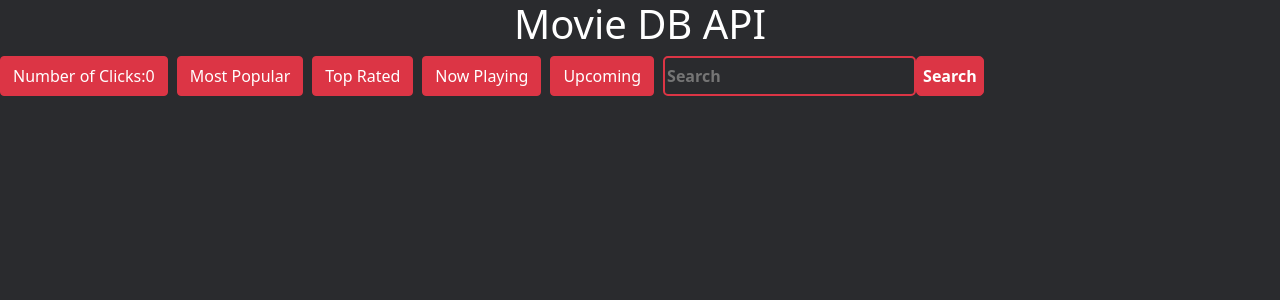
Repository: chaampavictor/moviedbapi
Page: /
The author's editor kept a copy of each file at every save. The page is drawn from the files as they stood at one save, then again after the next save.
The browser window is 1280 px wide. The pictures show the whole page.
The page's requests for data from a server got no answer. The project was rebuilt for these pictures with package versions that can differ from the ones it lists, and the page was loaded fresh each time. No one was signed in, and anything a server would have sent is missing. Also part of the build but not shown: src/components/details.js.

Above is the page before, as saved 2022-01-22 12:46:05.

### src/index.css
body {
  margin: 0;
  font-family: -apple-system, BlinkMacSystemFont, "Segoe UI", "Roboto", "Oxygen",
    "Ubuntu", "Cantarell", "Fira Sans", "Droid Sans", "Helvetica Neue",
    sans-serif;
  -webkit-font-smoothing: antialiased;
  -moz-osx-font-smoothing: grayscale;
  background: #2a2b2e !important;
}

code {
  font-family: source-code-pro, Menlo, Monaco, Consolas, "Courier New",
    monospace;
}

### src/App.js
import React, { useEffect, useState } from "react";
import axios from "axios";
import "./App.css";
import "bootstrap/dist/css/bootstrap.min.css";
import Modal from "react-bootstrap/Modal";

import Button from "react-bootstrap/Button";
import Searchform from "./components/searchform.js";
import Filterbutton from "./components/filterbutton";

import Details from "./components/details";
import { useCallback } from "react";
const api_key = "872c70d736d1ef4484522f734137927d";
const BASE_URL = "https://api.themoviedb.org/3";
const getImage = (path) => `https://image.tmdb.org/t/p/w300/${path}`;

function App() {
  const [data, setData] = useState([]);
  const [details, setDetails] = useState([]);
  const [show, setShow] = useState(false);
  const [count, setCount] = useState(0);
  const handleClose = () => setShow(false);

  const api = axios.create({ baseURL: BASE_URL });

  const getUpcoming = api.get("/movie/popular", { params: { api_key } });

  useEffect(() => {
    getUpcoming.then((res) => {
      setData(res.data.results);
    });
  }, []);

  const GetMostPopular = () => {
    setCount(count + 1);

    const toprated = api.get("/movie/popular", { params: { api_key } });
    toprated.then((res) => {
      console.log("get popular", res.data.results);
      setData(res.data.results);
    });
  };

  const GetTopRated = (res) => {
    setCount(count + 1);

    const toprated = api.get("/movie/top_rated", { params: { api_key } });
    toprated.then((res) => {
      console.log("get top rated", res.data.results);
      setData(res.data.results);
    });
  };

  const PlayingNow = () => {
    setCount(count + 1);
    const name = "now_playing";
    const latest = api.get(`movie/${name}`, { params: { api_key } });
    latest.then((res) => {
      console.log("now_playing movies", res.data);
      setData(res.data.results);
    });
  };

  const GetUpcoming = () => {
    setCount(count + 1);

    const latest = api.get("movie/upcoming", { params: { api_key } });
    latest.then((res) => {
      console.log("latest movies", res.data);
      setData(res.data.results);
    });
  };

  const searchMovie = (name) => {
    setCount(count + 1);

    console.log(name);
    const query = name;
    const latest = api.get("search/movie", { params: { api_key, query } });
    latest.then((res) => {
      setData(res.data.results);
    });
  };

  return (
    <div className="App">
      <h1 className="HeaderText">Movie DB API</h1>
      <header>
        <div className="filterdiv">
          {/**/}
          <Button variant="danger" className="filterbutton">
            Number of Clicks:{count}
          </Button>
          <Filterbutton
            PlayingNow={PlayingNow}
            GetUpcoming={GetUpcoming}
            GetTopRated={GetTopRated}
            GetMostPopular={GetMostPopular}
          />

          <Searchform handleSubmit={searchMovie} />
        </div>
        <Modal
          aria-labelledby="example-custom-modal-styling-title"
          centered
          size="lg"
          show={show}
          onHide={handleClose}
          animation={true}
        >
          <Details data={details} />
        </Modal>
        <div
          className="explore-card-columns  container-fluid"
          style={{ marginBottom: "100px" }}
        >
          {data.map((movie) => (
            <div className="item">
              <div class="hover01 column">
                <div>
                  <figure>
                    <img
                      onClick={() => {
                        setShow(true);
                        setDetails(movie);
                        setCount(count + 1);
                      }}
                      src={getImage(movie.poster_path)}
                      alt="poster"
                      className="image-item"
                    />
                  </figure>
                </div>
              </div>
            </div>
          ))}
        </div>
      </header>
    </div>
  );
}

export default App;

### src/App.css
.explore-nav {
  padding-top: 30px;
}

.item {
  margin-bottom: 15px;
}

.image-item:hover {
  opacity: 0.5;
}

.container {
  position: relative;
  width: 50%;
}

.modalcontainer {
  background-color: red;
  position: relative;
  font-family: Arial;
}

.submitbutton {
  height: 40px;
  margin-right: 9px;
  background: #dc3545;
  border: #dc3545 1px solid;
  border-radius: 5px;
  color: white;
  font-weight: bolder;
}

.searchbutton {
  border: 2px solid #dc3545;
  background: #2a2b2e !important;
  height: 40px;
  color: #fff;
  /* margin-right: 9px; */
  border-radius: 5px;
  font-weight: bolder;
}

.HeaderText {
  text-align: center;
  color: #fff;
}

.filterdiv {
  display: flex;
  justifycontent: center;
  alignitems: center;
  marginbottom: 12px;
}

.text-block {
  position: absolute;
  bottom: 260px;
  height: 210px;
  /* right: 150px; */
  /* background-color: #000000db; */
  color: white;
  padding-left: 20px;
  padding-right: 20px;
}

.image-item {
  opacity: 1;
  display: block;
  width: 100%;
  height: auto;
  transition: 0.5s ease;
  backface-visibility: hidden;
  border-radius: 52px;
  cursor: pointer;
}

.container:hover .image {
  opacity: 0.3;
}

.container:hover .middle {
  opacity: 1;
}

.text {
  background-color: red;
  color: white;
  font-size: 16px;
  padding: 16px 32px;
}

.modal-header {
  display: flex;
  flex-shrink: 0;
  align-items: center;
  justify-content: space-between;
  padding: 1rem 1rem;
  border-bottom: none !important;
  border-top-left-radius: calc(0.3rem - 1px);
  border-top-right-radius: calc(0.3rem - 1px);
}

.filterbutton {
  height: 40px;
  margin-right: 9px;
  background: red;
  border: red 1px solid;
  border-radius: 5px;
  color: white;
  font-weight: bolder;
}

.figure {
  width: 200px;
  height: 150px;
  margin: 0;
  padding: 0;
  background: #fff;
  overflow: hidden;
}
.figure:hover + span {
  bottom: -36px;
  opacity: 1;
}

/* Zoom In #1 */
.hover01 figure img {
  -webkit-transform: scale(0.9);
  transform: scale(1);
  -webkit-transition: 0.3s ease-in-out;
  transition: 0.3s ease-in-out;
}
.hover01 figure:hover img {
  -webkit-transform: scale(1);
  transform: scale(1.04);
}

.explore-body .card-body:hover {
  /* color: #30adb4; */
  background: "#32c709";
}

.card {
  border: 0px solid rgba(0, 0, 0, 0.125) !important;
}

.user-reaction div {
  padding-right: 20px;
}

.explore-card-columns .card {
  margin-bottom: 0.79rem;
}
@media screen and (min-width: 992px) {
  .explore-card-columns {
    -webkit-column-count: 4;
    -moz-column-count: 4;
    column-count: 4;
    -webkit-column-gap: 1.25rem;
    -moz-column-gap: 1.25rem;
    column-gap: 1.25rem;
  }
  .explore-card-columns .card {
    display: inline-block;
    width: 100%;
  }
}
@media screen and (max-width: 992px) {
  .explore-card-columns {
    -webkit-column-count: 2;
    -moz-column-count: 2;
    column-count: 2;
  }
}
@media screen and (max-width: 600px) {
  .explore-card-columns {
    -webkit-column-count: 1;
    -moz-column-count: 1;
    column-count: 1;
  }
}

### src/components/searchform.js
import React from "react";

import { useCallback, useState } from "react";

export default function Searchform({ handleSubmit, data }) {
  const [name, setName] = useState("");

  return (
    <div>
      <label>
        <input
          type="text"
          value={name}
          onChange={(e) => setName(e.target.value)}
          placeholder="Search "
          className="searchbutton"
        />
      </label>
      <input
        onClick={() => handleSubmit(name)}
        type="submit"
        value="Search"
        className="submitbutton"
      />
    </div>
  );
}

### src/components/filterbutton.js
import React from "react";

import { useCallback, useState } from "react";
import Button from "react-bootstrap/Button";

export default function Filterbutton({
  GetMostPopular,
  GetTopRated,
  PlayingNow,
  GetUpcoming,
}) {
  return (
    <>
      <Button
        variant="danger"
        className="filterbutton"
        onClick={GetMostPopular}
      >
        Most Popular
      </Button>
      <Button variant="danger" className="filterbutton" onClick={GetTopRated}>
        Top Rated
      </Button>
      <Button variant="danger" className="filterbutton" onClick={PlayingNow}>
        {" "}
        Now Playing
      </Button>
      <Button variant="danger" className="filterbutton" onClick={GetUpcoming}>
        {" "}
        Upcoming
      </Button>
    </>
  );
}

Loaded but not shown: public/index.html (common file); src/index.js (common file); src/reportWebVitals.js (common file)

After the next save:
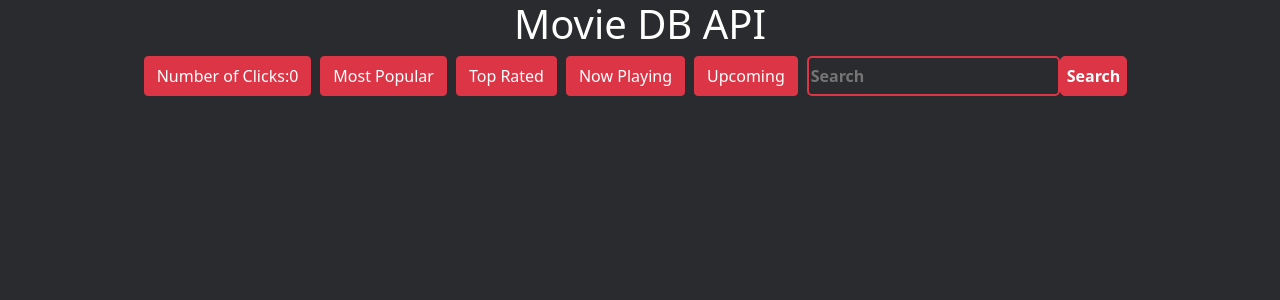
Saved 63 s later.
--- a/src/App.css
+++ b/src/App.css
@@ -48,9 +48,9 @@
 
 .filterdiv {
   display: flex;
-  justifycontent: center;
-  alignitems: center;
-  marginbottom: 12px;
+  justify-content: center;
+  align-items: center;
+  margin-bottom: 12px;
 }
 
 .text-block {
